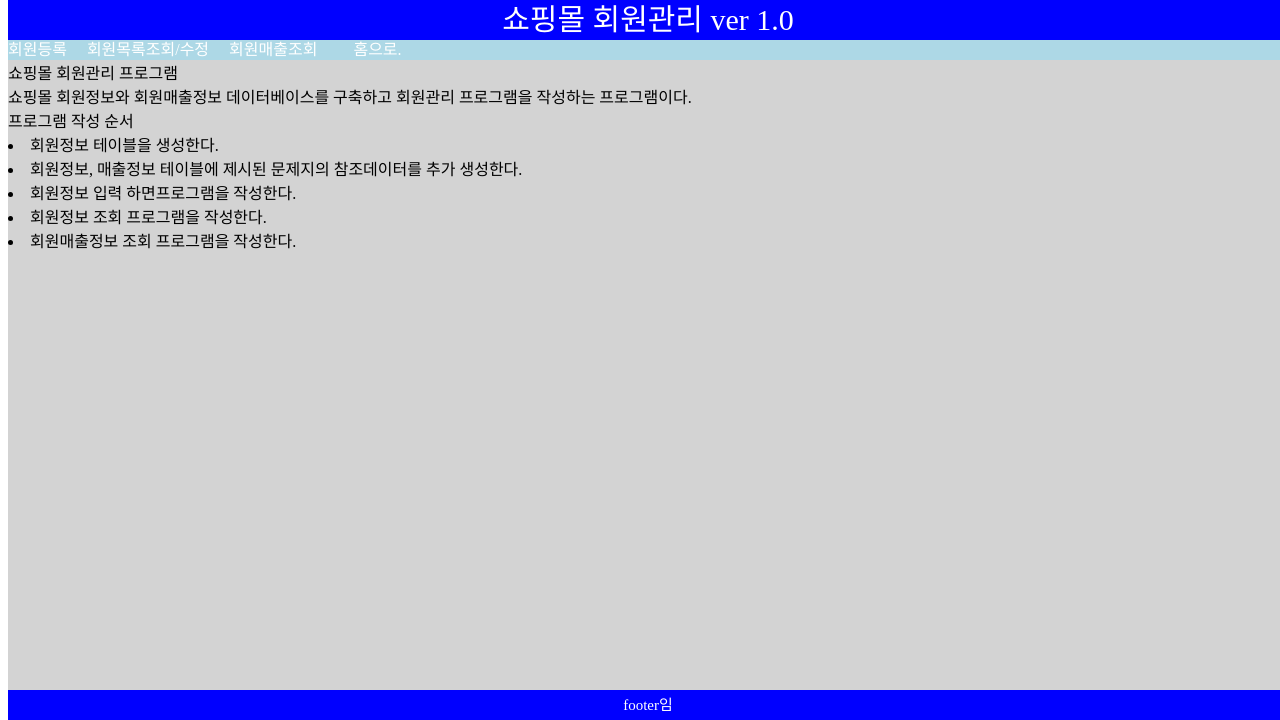
Repository: leesuyeon116/HRD_1
Page: http://localhost/HRD_0416/
An editor plug-in stored every save of this project. The page is shown before and after the next save, followed by the edit.
The browser window is 1280 px wide. The pictures show the whole page.
The page is served by Tomcat 9.

Above is the page before, as saved 2024-04-16 07:29:55.

After the next save:
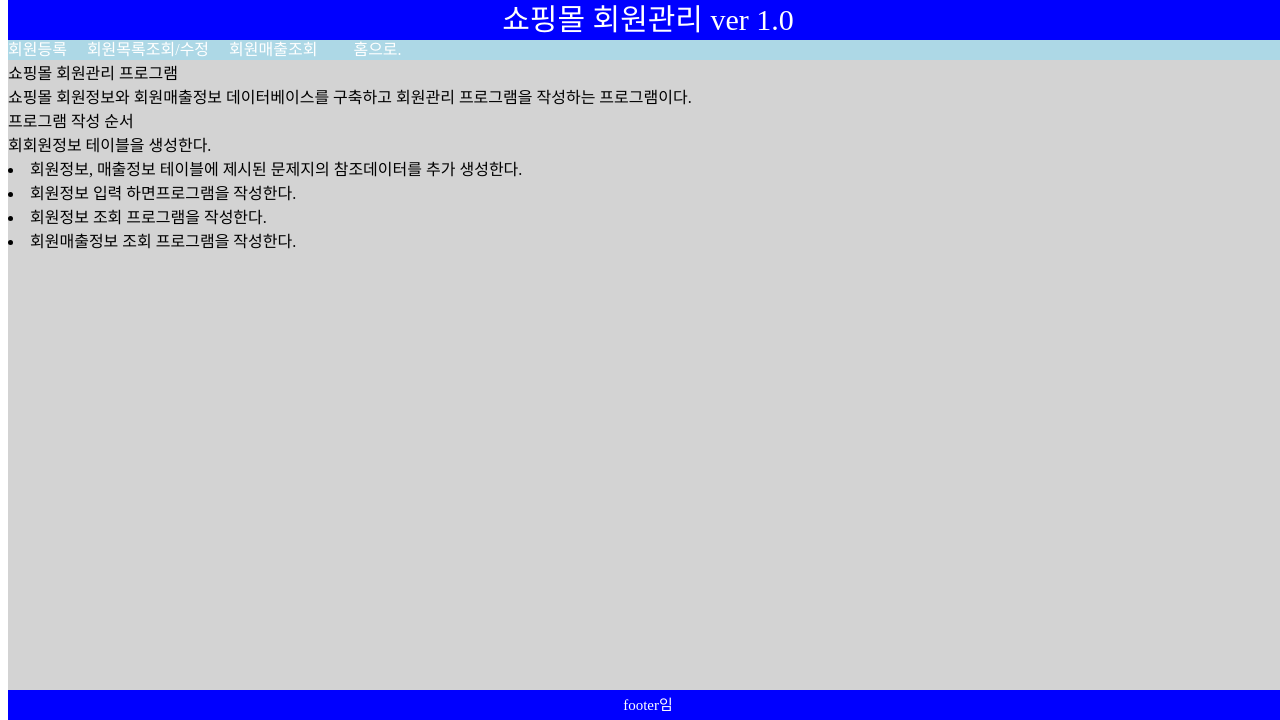
Saved 16 h 10 min later.
--- a/HRD_0416/src/main/webapp/index.jsp
+++ b/HRD_0416/src/main/webapp/index.jsp
@@ -17,7 +17,7 @@
 	쇼핑몰 회원관리 프로그램<br>
 	쇼핑몰 회원정보와 회원매출정보 데이터베이스를 구축하고 회원관리 프로그램을 작성하는 프로그램이다.<br>
 	프로그램 작성 순서<br>
-	<li>회원정보 테이블을 생성한다.</li>
+	 회회원정보 테이블을 생성한다.</li>
 	<li>회원정보, 매출정보 테이블에 제시된 문제지의 참조데이터를 추가 생성한다.</li>
 	<li>회원정보 입력 하면프로그램을 작성한다.</li>
 	<li>회원정보 조회 프로그램을 작성한다.</li>
